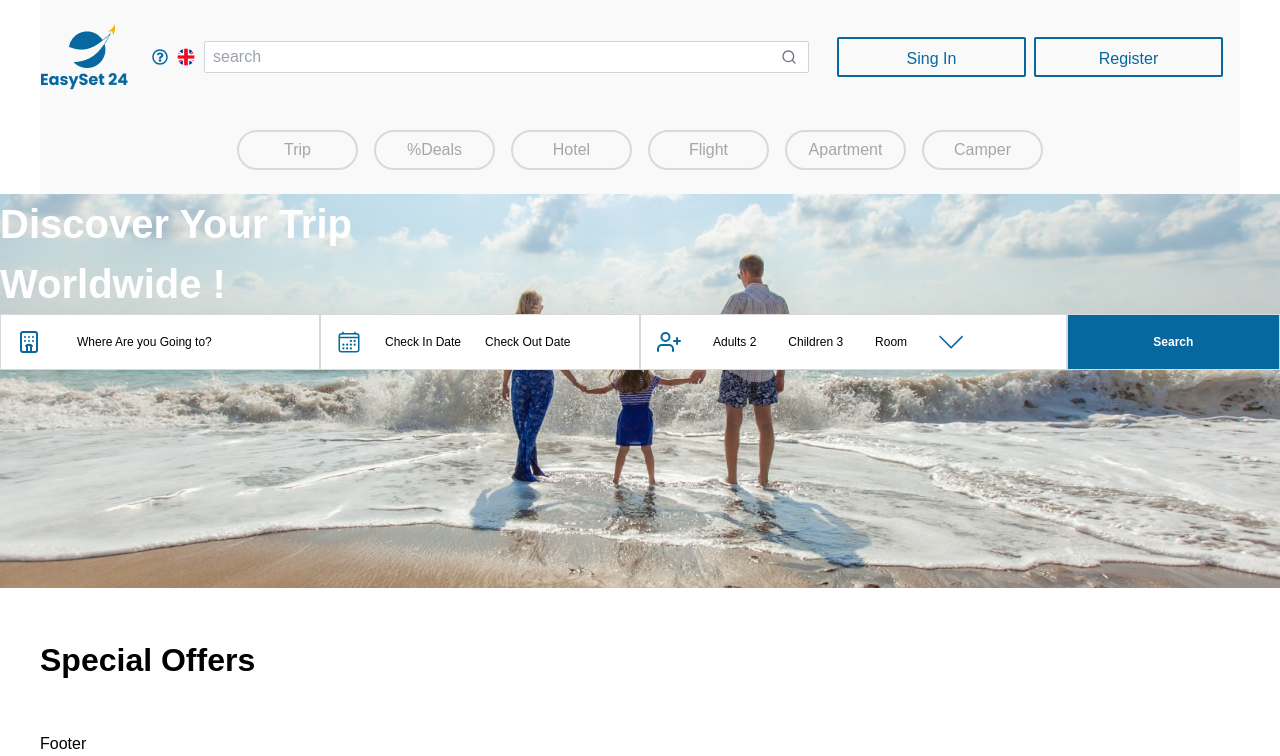
Repository: Quynhhuong150322/DIKO_STUDY_TRAVEL_WEB
Page: /
An editor plug-in stored every save of this project. The page is shown before and after the next save, followed by the edit.
The browser window is 1280 px wide. The pictures show the whole page.
The project was rebuilt for these pictures with package versions that can differ from the ones it lists, and the page was loaded fresh each time. Also part of the build but not shown: src/components/Login.js, src/components/Register.js. Imported but missing from the stored project, and not drawn on this page: src/redux/slices/authSlice.

Above is the page before, as saved 2024-02-23 09:43:30.

### src/index.css
@tailwind base;
@tailwind components;
@tailwind utilities;

@import url("https://fonts.googleapis.com/css2?family=Poppins:wght@100;300;400;500;600&display=swap");

@layer base {
  html {
    font-family: "Poppins", sans-serif;
  }
  * {
    margin: 0;
    padding: 0;
    box-sizing: border-box;
    scroll-behavior: smooth;
    /* background-color: #F9F9F9; */
  }
}

@layer components {
  .max-container {
    max-width: 1260px;
    /* min-height: 100vh; */
    margin: 0 auto;
    padding: 0 30px;
    /* display: flex; */
    /* flex-direction: column; */
    justify-content: space-between;
  }
  .button {
    width: 189px;
    height: 40px;
    border-style: solid;
    border-width: 2px;
    border-color: #07689F;
    color: #07689F;
  }
  .tabMenu {
    width: 121px;
    height: 40px;
    color: #D9D9D9;
    border-style: solid;
    border-width: 2px;
    border-color: #D9D9D9;
    color: #D9D9D9;
    border-radius: 9999px;
  }
  .tabSearch {
    /* max-width: 1190px; */
    height: 56px;
    border-style: solid;
    border-width: 1px;
    border-color: #D9D9D9;
    padding: 0 16px;
    font-size: 12px;
  }
  /* .text_h2 {
    font-size: 32px;
    font-style: bold;
  } */
}

### src/App.js
import React from "react";
import Navbar from "./components/Navbar";
import Footer from "./components/Footer";
import AppRoutes from "./routes/AppRoutes";
import { BrowserRouter as Router } from "react-router-dom";

const App = () => {
  return (
    <Router>
      <div className="">
        <div className="max-container">
          <Navbar />
        </div>
        <div>
          <AppRoutes />
        </div>
        <div className="max-container">
          <Footer />
        </div>
      </div>
    </Router>
  );
};

export default App;

### src/redux/store.js
import { configureStore } from "@reduxjs/toolkit";
import authReducer from "./slices/authSlice";

export const store = configureStore({
  reducer: {
    users: authReducer,
  },
});

### src/components/Navbar.js
import React from 'react'
import Logo from '../assets/images/Header/Logo.png'
import EL from '../assets/images/Header/England.png'
import { FaRegQuestionCircle } from "react-icons/fa";
import { LuSearch } from "react-icons/lu";

const MenuData = [
    {
        id: 1,
        name: 'Trip',
    },
    {
        id: 2,
        name: '%Deals',
    },
    {
        id: 3,
        name: 'Hotel',
    },
    {
        id: 4,
        name: 'Flight',
    },
    {
        id: 5,
        name: 'Apartment',
    },
    {
        id: 6,
        name: 'Camper',
    },
]

const Navbar = () => {
    return (
        <div className='bg-neutral py-[24px]'>
            <div className="flex flex-col gap-10">
                {/* Header Section  */}
                <div className='flex gap-2 items-center'>
                    <img src={Logo} alt="" />
                    <div className='flex gap-7 items-center'>
                        <div className="flex gap-1 items-center">
                            <FaRegQuestionCircle className='text-primary' />
                            <img src={EL} alt="" className='w-7 h-7' />
                            {/* Search  */}
                            <div className="relative flex items-center">
                                <input
                                    type="text"
                                    placeholder="search"
                                    className="w-[605px] h-[32px] rounded-sm border border-gray-300 px-2 py-1 focus:outline-none focus:border-1 focus:border-primary"
                                />
                                <LuSearch className="text-gray-500 group-hover:text-primary absolute top-1/2 -translate-y-1/2 right-3 cursor-pointer" />
                            </div>
                        </div>
                        <div className='flex gap-2 items-center'>
                            <button className='button border-primary bg-neutral hover:scale-105 py-2 px-4 rounded-sm'>
                                Sing In
                            </button>
                            <button className='button border-primary bg-neutral hover:scale-105 py-2 px-4 rounded-sm'>
                                Register
                            </button>
                        </div>
                    </div>
                    <div>
                    </div>
                </div>
                {/* Upper Nav  */}
                <div className=''>
                    <div className=' '>
                        <ul className='flex justify-center gap-4'>
                            {
                                MenuData.map((data) => (
                                    <button key={data.id} className='text-pri tabMenu focus:bg-primary focus:text-white focus:font-bold focus:border-primary inline-block hover:text-primary' >
                                        {data.name}
                                    </button>
                                ))
                            }
                        </ul>
                    </div>
                </div>
            </div>
        </div>
    )
}

export default Navbar

### src/routes/AppRoutes.js
import React from "react";
import { Switch, Route } from "react-router-dom";
import Login from "../components/Login";
import Register from "../components/Register";
import Langding from "../pages/LangdingPage/Langding";
const AppRoutes = () => {
  return (
    <div>
      <Switch>
        <Route path="/login">
          <Login />
        </Route>
        <Route path="/register">
          <Register />
        </Route>
        <Route path="/" exact>
          <Langding />
        </Route>
        <Route path="*">
          <div className="">404 not Error...</div>
        </Route>
      </Switch>
    </div>
  );
};

export default AppRoutes;

### src/pages/LangdingPage/Langding.js
import React from 'react'
import Picture from '../../assets/images/LangdingPage/Picture.png'
import { LuHotel } from "react-icons/lu";
import { IoCalendarOutline } from "react-icons/io5";
import { SlArrowDown } from "react-icons/sl";
import { FiUserPlus } from "react-icons/fi";

const BannerImg = {
  backgroundImage: `url(${Picture})`,
  backgroundPosition: "center",
  backgroundRepeat: "no-repeat",
  backgroundSize: "cover",
  height: "394px",
  width: "100%",
};


const Langding = () => {
  return (
    <div >
      {/* Discover Trip  */}
      <div className=' background ' style={BannerImg}>
        <div className=' '>
          <h1 className='text-3xl w-1/3 font-bold text-white bg-opacity-0'>
            Discover Your Trip Worldwide !
          </h1>
          <div class="flex flex-row  bg-white">
            <div class="basis-1/4 tabSearch flex gap-9 items-center">
              <LuHotel className='text-primary' size={24} />
              <p className=''>
                Where Are you Going to?
              </p>
            </div>
            <div class="basis-1/4 tabSearch flex gap-6 items-center">
              <IoCalendarOutline size={24} className='text-primary' />
              <p className=''>
                Check In Date
              </p>
              <p className=''>
                Check Out Date
              </p>
            </div>
            <div class="basis-1/3 tabSearch flex gap-8 items-center">
              <FiUserPlus size={24} className='text-primary' />
              <p className=''>
                Adults 2
              </p>
              <p className=''>
                Children 3
              </p>
              <p className=''>
                Room
              </p>
              <SlArrowDown size={24} className='text-primary' />
            </div>
            <div class="basis-1/6  tabSearch bg-primary flex justify-center items-center">
              <p className='font-bold text-white'>Search</p>
            </div>
          </div>
        </div>
      </div>
      {/* Special Offers */}
      <div className='max-container py-12'>
        <div className=''>
          <h2 className='text-2xl font-bold'>Special Offers</h2>
        </div>
      </div>
    </div>
  )
}

export default Langding

### tailwind.config.js
/** @type {import('tailwindcss').Config} */
module.exports = {
  content: ["./src/**/*.{js,jsx,ts,tsx}"],
  theme: {
    extend: {
      colors: {
        primary: "#07689F",
        secondary: "#D9D9D9",
        neutral: "#F9F9F9",
        pri: "#A6A6A6",
      },
      fontSize: {
        sm: '12px',
        base: '16px',
        xl: '20px',
        '2xl': '32px',
        '3xl': '40px',
        '4xl': '44px',
        // '5xl': '3.052rem',
      },
    },
  },
  plugins: [],
};

Loaded but not shown: public/index.html (common file); src/index.js (common file); src/reportWebVitals.js (common file); src/components/Footer.js (common file)

After the next save:
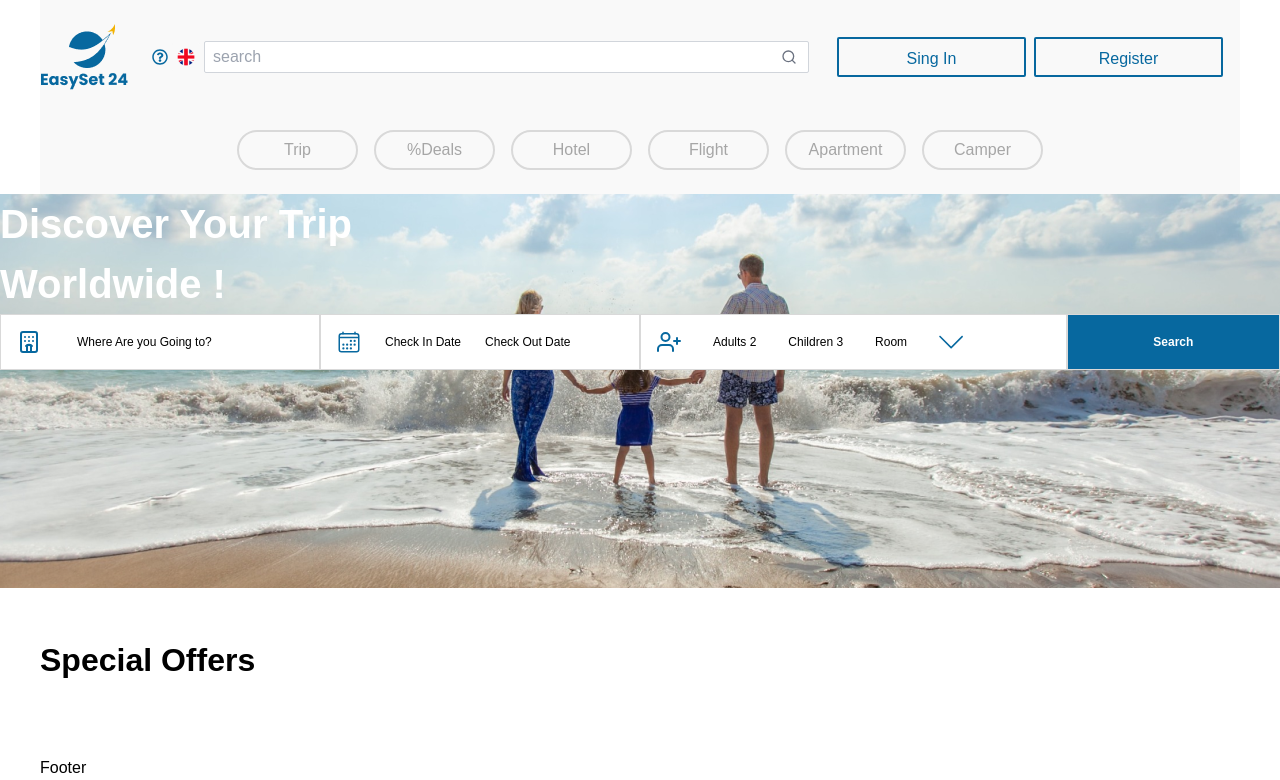
Saved 100 s later.
--- a/src/pages/LangdingPage/Langding.js
+++ b/src/pages/LangdingPage/Langding.js
@@ -63,6 +63,9 @@ const Langding = () => {
       <div className='max-container py-12'>
         <div className=''>
           <h2 className='text-2xl font-bold'>Special Offers</h2>
+          <div className=''>
+            <input type="checkbox" class="appearance-none checked:bg-blue-500 ..." />
+          </div>
         </div>
       </div>
     </div>
